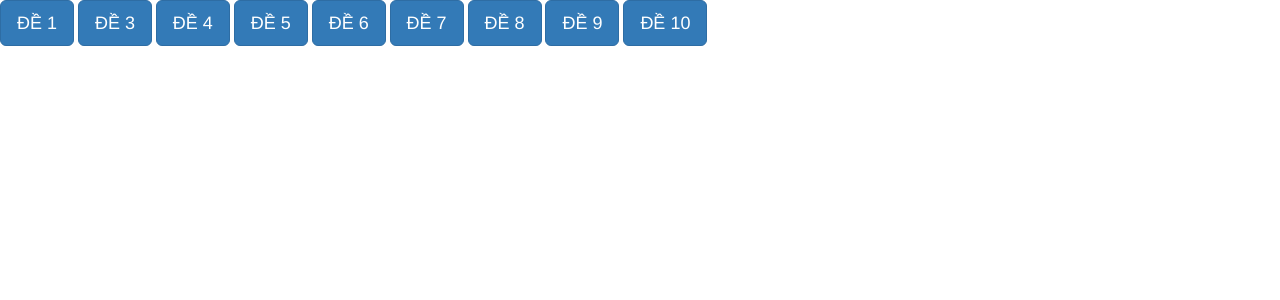
Repository: tunguyenhy222/tunguyenhy222
Page: index.html
An editor plug-in stored every save of this project. The page is shown before and after the next save, followed by the edit.
The browser window is 1280 px wide. The pictures show the whole page.

Above is the page before, as saved 2021-08-12 21:06:46.

After the next save:
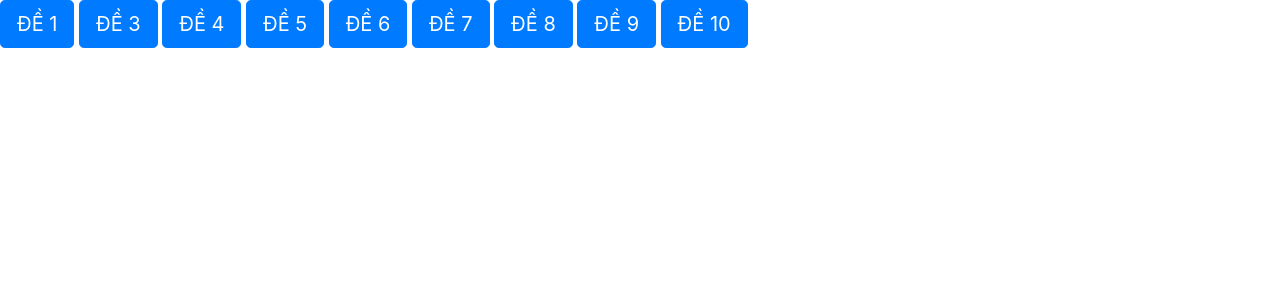
Saved 18 s later.
--- a/index.html
+++ b/index.html
@@ -6,7 +6,7 @@
     <meta name="viewport" content="width=device-width, initial-scale=1.0">
     <title>Document</title>
     <!-- Latest compiled and minified CSS -->
-<link rel="stylesheet" href="https://maxcdn.bootstrapcdn.com/bootstrap/3.4.1/css/bootstrap.min.css">
+<link rel="stylesheet" href="https://maxcdn.bootstrapcdn.com/bootstrap/4.3.1/css/bootstrap.min.css">
 
 <!-- jQuery library -->
 <script src="https://ajax.googleapis.com/ajax/libs/jquery/3.5.1/jquery.min.js"></script>
